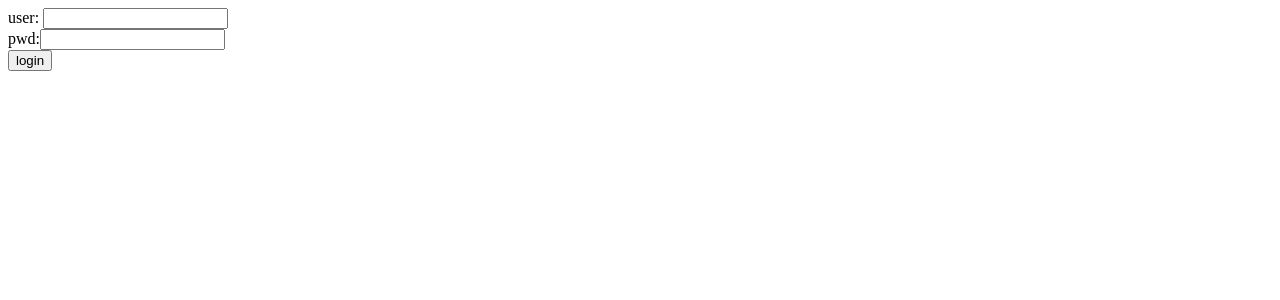
Repository: sachinmandloi1921/AdvanceJava
Page: http://localhost/Advance_Maven/Hello.jsp
The author's editor kept a copy of each file at every save. The page is drawn from the files as they stood at one save, then again after the next save.
The browser window is 1280 px wide. The pictures show the whole page.
The page is served by Tomcat 9. Other server files are loaded and not shown.

Above is the page before, as saved 2022-07-07 11:43:51.

### Advance Workspace/Advance_Maven/src/main/webapp/Hello.jsp
<%@ page language="java" contentType="text/html; charset=ISO-8859-1"
    pageEncoding="ISO-8859-1"%>
<!DOCTYPE html>
<html>
<head>
<meta charset="ISO-8859-1">
<title>Insert title here</title>
</head>
<body>
   <form action = "NewFile.jsp" method ="get">
   user: <input type="text" name="user"><br>
   pwd:<input type = "Password" name = "pwd"><br>
   <input type="submit" value="login" name="done">
   </form>

</body>
</html>

After the next save:
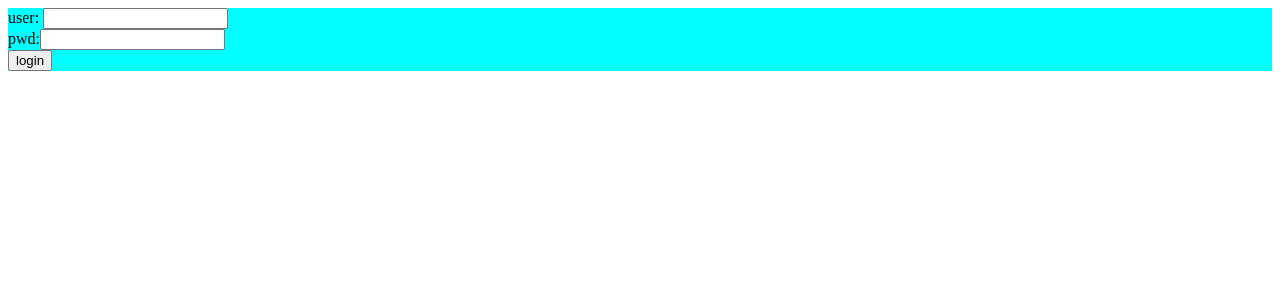
Saved 5 min 47 s later.
--- a/Advance Workspace/Advance_Maven/src/main/webapp/Hello.jsp
+++ b/Advance Workspace/Advance_Maven/src/main/webapp/Hello.jsp
@@ -6,12 +6,16 @@
 <meta charset="ISO-8859-1">
 <title>Insert title here</title>
 </head>
+
 <body>
+<div style="background-color: cyan;">
+
+
    <form action = "NewFile.jsp" method ="get">
    user: <input type="text" name="user"><br>
    pwd:<input type = "Password" name = "pwd"><br>
    <input type="submit" value="login" name="done">
    </form>
-
+</div>
 </body>
 </html>
